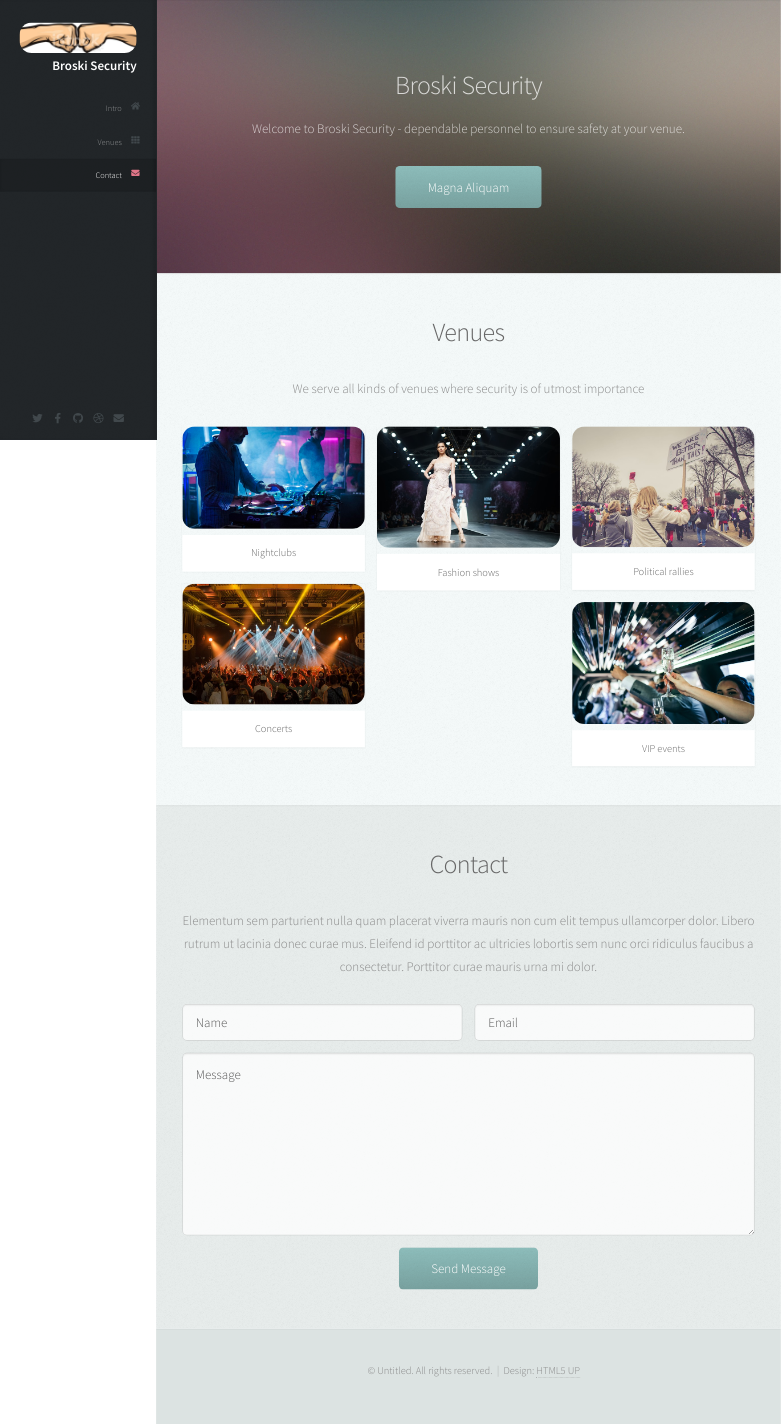
Repository: fiedore/fiedore.github.io
Page: index.html
These files come from the project's save history. The page is drawn as it stood at one moment and after the next save; the edit follows.
The browser window is 1280 px wide. The pictures show the whole page, at 61% of full size.

Above is the page before, as saved 2025-06-03 09:24:39.

### index.html
<!DOCTYPE HTML>
<!--
	Prologue by HTML5 UP
	html5up.net | @ajlkn
	Free for personal and commercial use under the CCA 3.0 license (html5up.net/license)
-->
<html>
	<head>
		<title>Prologue by HTML5 UP</title>
		<meta charset="utf-8" />
		<meta name="viewport" content="width=device-width, initial-scale=1, user-scalable=no" />
		<link rel="stylesheet" href="assets/css/main.css" />
	</head>
	<body class="is-preload">

		<!-- Header -->
			<div id="header">

				<div class="top">

					<!-- Logo -->
						<div id="logo">
							<span class="image"><img src="images/broski_logo.jpg" alt="" /></span>
							<h1 id="title">Broski Security</h1>
						</div>

					<!-- Nav -->
						<nav id="nav">
							<ul>
								<li><a href="#top" id="top-link"><span class="icon solid fa-home">Intro</span></a></li>
								<li><a href="#venues" id="venues-link"><span class="icon solid fa-th">Venues</span></a></li>
								<!-- <li><a href="#about" id="about-link"><span class="icon solid fa-user">About Me</span></a></li> -->
								<li><a href="#contact" id="contact-link"><span class="icon solid fa-envelope">Contact</span></a></li>
							</ul>
						</nav>

				</div>

				<div class="bottom">

					<!-- Social Icons -->
						<ul class="icons">
							<li><a href="#" class="icon brands fa-twitter"><span class="label">Twitter</span></a></li>
							<li><a href="#" class="icon brands fa-facebook-f"><span class="label">Facebook</span></a></li>
							<li><a href="#" class="icon brands fa-github"><span class="label">Github</span></a></li>
							<li><a href="#" class="icon brands fa-dribbble"><span class="label">Dribbble</span></a></li>
							<li><a href="#" class="icon solid fa-envelope"><span class="label">Email</span></a></li>
						</ul>

				</div>

			</div>

		<!-- Main -->
			<div id="main">

				<!-- Intro -->
					<section id="top" class="one dark cover">
						<div class="container">

							<header>
								<h2 class="alt">Broski Security</h2>
								<p>Welcome to Broski Security - dependable personnel to ensure safety at your venue.</p>
							</header>

							<footer>
								<a href="#venues" class="button scrolly">Magna Aliquam</a>
							</footer>

						</div>
					</section>

				<!-- Venues -->
					<section id="venues" class="two">
						<div class="container">

							<header>
								<h2>Venues</h2>
							</header>

							<p>We serve all kinds of venues where security is of utmost importance</p>

							<div class="row">
								<div class="col-4 col-12-mobile">
									<article class="item">
										<a href="#" class="image fit"><img src="images/nightclub.jpg" alt="" /></a>
										<header>
											<h3>Nightclubs</h3>
										</header>
									</article>
									<article class="item">
										<a href="#" class="image fit"><img src="images/concerts.jpg" alt="" /></a>
										<header>
											<h3>Concerts</h3>
										</header>
									</article>
								</div>
								<div class="col-4 col-12-mobile">

									<article class="item">
										<a href="#" class="image fit"><img src="images/fashion.jpg" alt="" /></a>
										<header>
											<h3>Fashion shows</h3>
										</header>
									</article>
								</div>
								<div class="col-4 col-12-mobile">
									<article class="item">
										<a href="#" class="image fit"><img src="images/rally.jpg" alt="" /></a>
										<header>
											<h3>Political rallies</h3>
										</header>
									</article>

									<article class="item">
										<a href="#" class="image fit"><img src="images/vip.jpg" alt="Photo by Michael Benz on Unsplash</a>
      " /></a>
										<header>
											<h3>VIP events</h3>
										</header>
									</article>
								</div>
							</div>

						</div>
					</section>

				<!-- About Me -->
					<!-- <section id="about" class="three">
						<div class="container">

							<header>
								<h2>About Me</h2>
							</header>

							<a href="#" class="image featured"><img src="images/pic08.jpg" alt="" /></a>

							<p>Tincidunt eu elit diam magnis pretium accumsan etiam id urna. Ridiculus
							ultricies curae quis et rhoncus velit. Lobortis elementum aliquet nec vitae
							laoreet eget cubilia quam non etiam odio tincidunt montes. Elementum sem
							parturient nulla quam placerat viverra mauris non cum elit tempus ullamcorper
							dolor. Libero rutrum ut lacinia donec curae mus vel quisque sociis nec
							ornare iaculis.</p>

						</div>
					</section> -->

				<!-- Contact -->
					<section id="contact" class="four">
						<div class="container">

							<header>
								<h2>Contact</h2>
							</header>

							<p>Elementum sem parturient nulla quam placerat viverra
							mauris non cum elit tempus ullamcorper dolor. Libero rutrum ut lacinia
							donec curae mus. Eleifend id porttitor ac ultricies lobortis sem nunc
							orci ridiculus faucibus a consectetur. Porttitor curae mauris urna mi dolor.</p>

							<form method="post" action="#">
								<div class="row">
									<div class="col-6 col-12-mobile"><input type="text" name="name" placeholder="Name" /></div>
									<div class="col-6 col-12-mobile"><input type="text" name="email" placeholder="Email" /></div>
									<div class="col-12">
										<textarea name="message" placeholder="Message"></textarea>
									</div>
									<div class="col-12">
										<input type="submit" value="Send Message" />
									</div>
								</div>
							</form>

						</div>
					</section>

			</div>

		<!-- Footer -->
			<div id="footer">

				<!-- Copyright -->
					<ul class="copyright">
						<li>&copy; Untitled. All rights reserved.</li><li>Design: <a href="http://html5up.net">HTML5 UP</a></li>
					</ul>

			</div>

		<!-- Scripts -->
			<script src="assets/js/jquery.min.js"></script>
			<script src="assets/js/jquery.scrolly.min.js"></script>
			<script src="assets/js/jquery.scrollex.min.js"></script>
			<script src="assets/js/browser.min.js"></script>
			<script src="assets/js/breakpoints.min.js"></script>
			<script src="assets/js/util.js"></script>
			<script src="assets/js/main.js"></script>

	</body>
</html>

Loaded but not shown: assets/css/fontawesome-all.min.css (library); assets/js/jquery.min.js (library); assets/js/jquery.scrolly.min.js (common file); assets/js/jquery.scrollex.min.js (common file); assets/js/browser.min.js (common file); assets/js/breakpoints.min.js (common file); assets/js/util.js (587 lines, source omitted); assets/js/main.js (123 lines, source omitted); assets/css/main.css (2636 lines, source omitted)

After the next save:
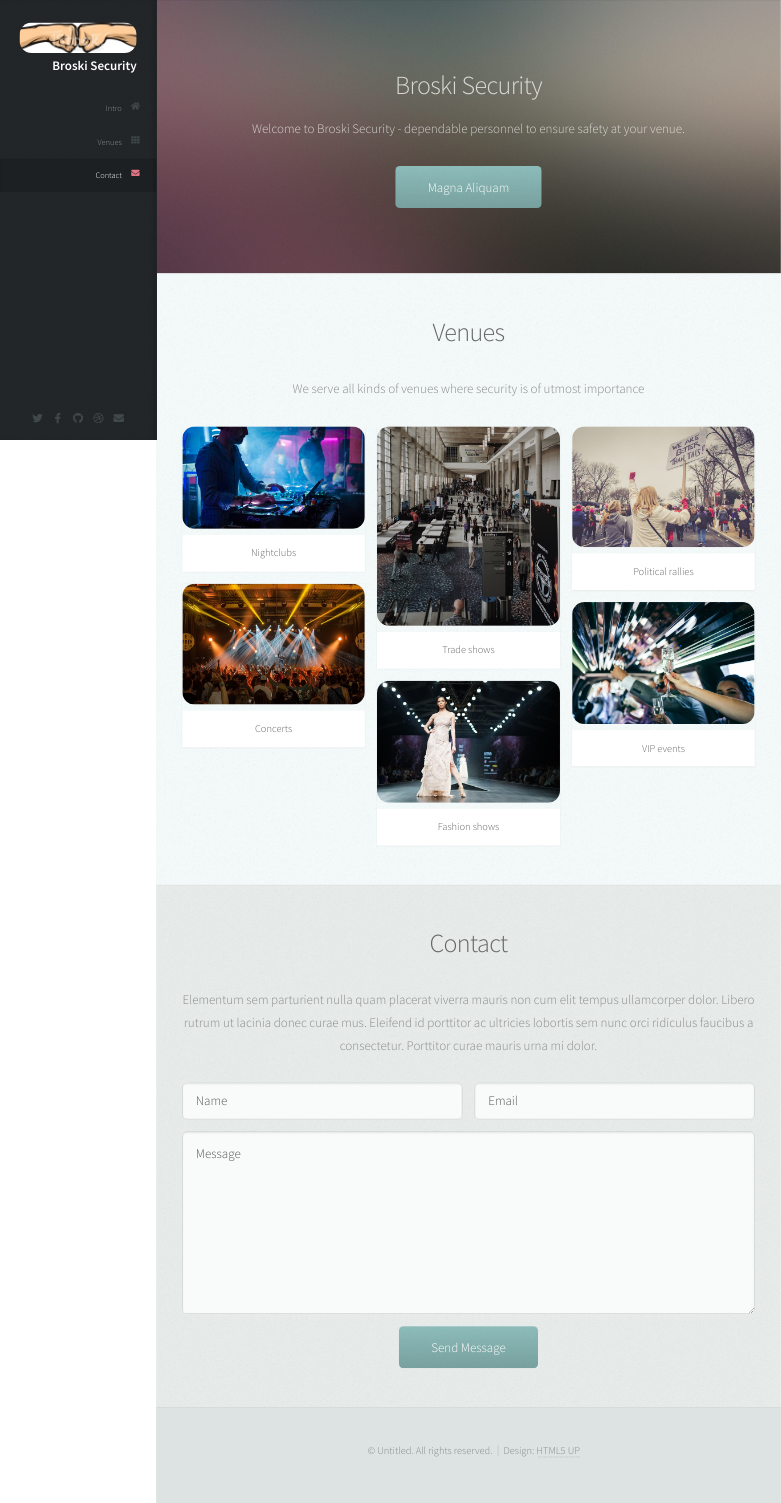
Saved 14 s later.
--- a/index.html
+++ b/index.html
@@ -96,7 +96,12 @@
 									</article>
 								</div>
 								<div class="col-4 col-12-mobile">
-
+									<article class="item">
+										<a href="#" class="image fit"><img src="images/tradeshow.jpg" alt="" /></a>
+										<header>
+											<h3>Trade shows</h3>
+										</header>
+									</article>
 									<article class="item">
 										<a href="#" class="image fit"><img src="images/fashion.jpg" alt="" /></a>
 										<header>
